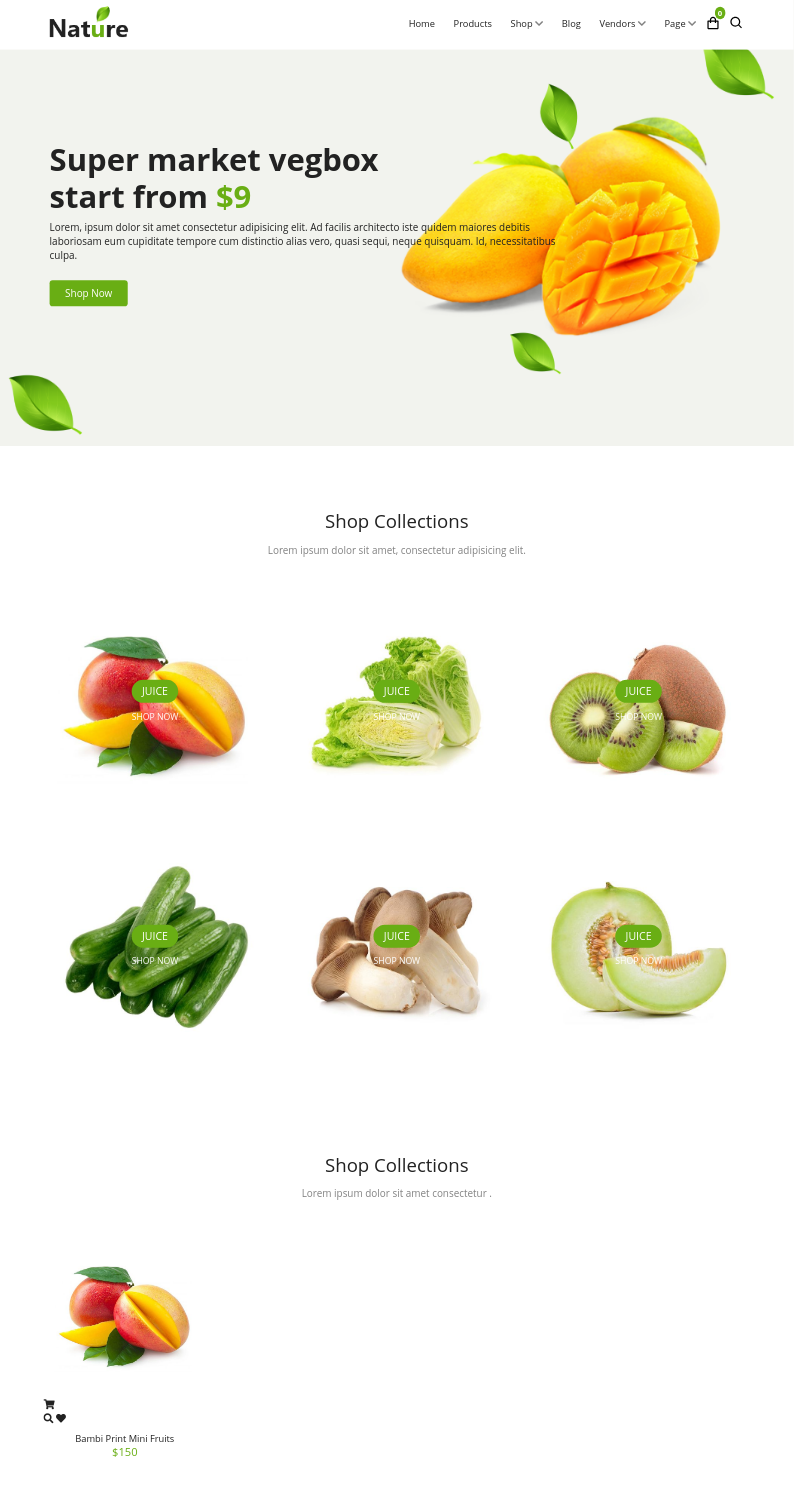
Repository: hoanggiainfomation/hoanggiainfomation.github.io
Page: index.html
The author's editor kept a copy of each file at every save. The page is drawn from the files as they stood at one save, then again after the next save.
The browser window is 1280 px wide. The pictures show the whole page, at 62% of full size.
Some web libraries are served in a nearby version.

Above is the page before, as saved 2021-08-17 21:11:52.

After the next save:
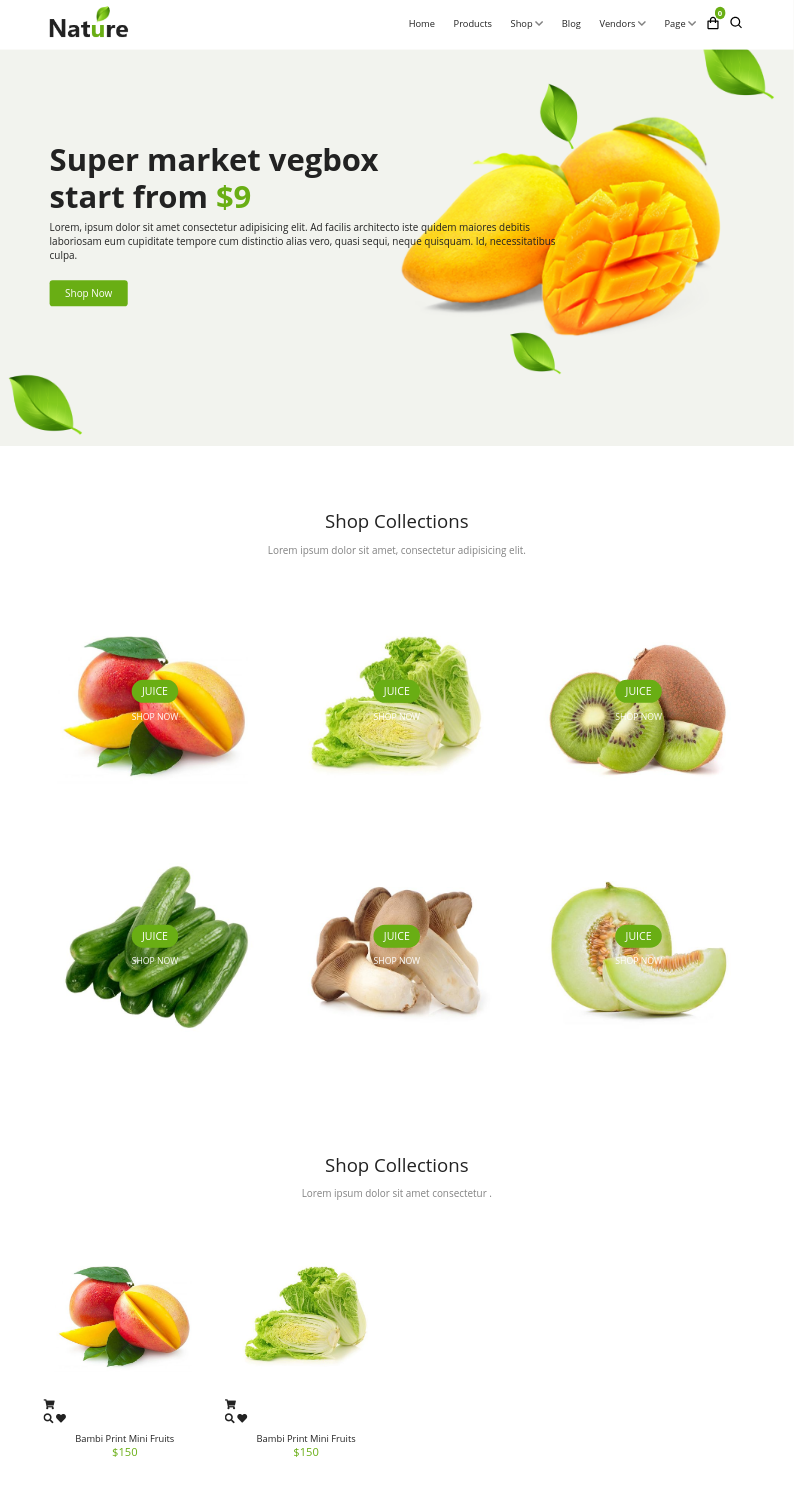
Saved 50 s later.
--- a/index.html
+++ b/index.html
@@ -286,6 +286,27 @@
                 </div>
               </div>
             </div>
+            <div class="swiper-slide">
+              <div class="product">
+                <div class="img-container">
+                  <img src="./images/product-2.jpg" alt="" />
+                  <div class="addCart">
+                    <i class="fas fa-shopping-cart"></i>
+                  </div>
+                  <ul class="side-icons">
+                    <span><i class="fas fa-search"></i></span>
+                    <span><i class="fas fa-heart"></i></span>
+                    <span><i class="fas fa-slisers-h"></i></span>
+                  </ul>
+                </div>
+                <div class="bottom">
+                  <a href="productDetails.html">Bambi Print Mini Fruits</a>
+                  <div class="price">
+                    <span>$150</span>
+                  </div>
+                </div>
+              </div>
+            </div>
           </div>
         </div>
       </div>
